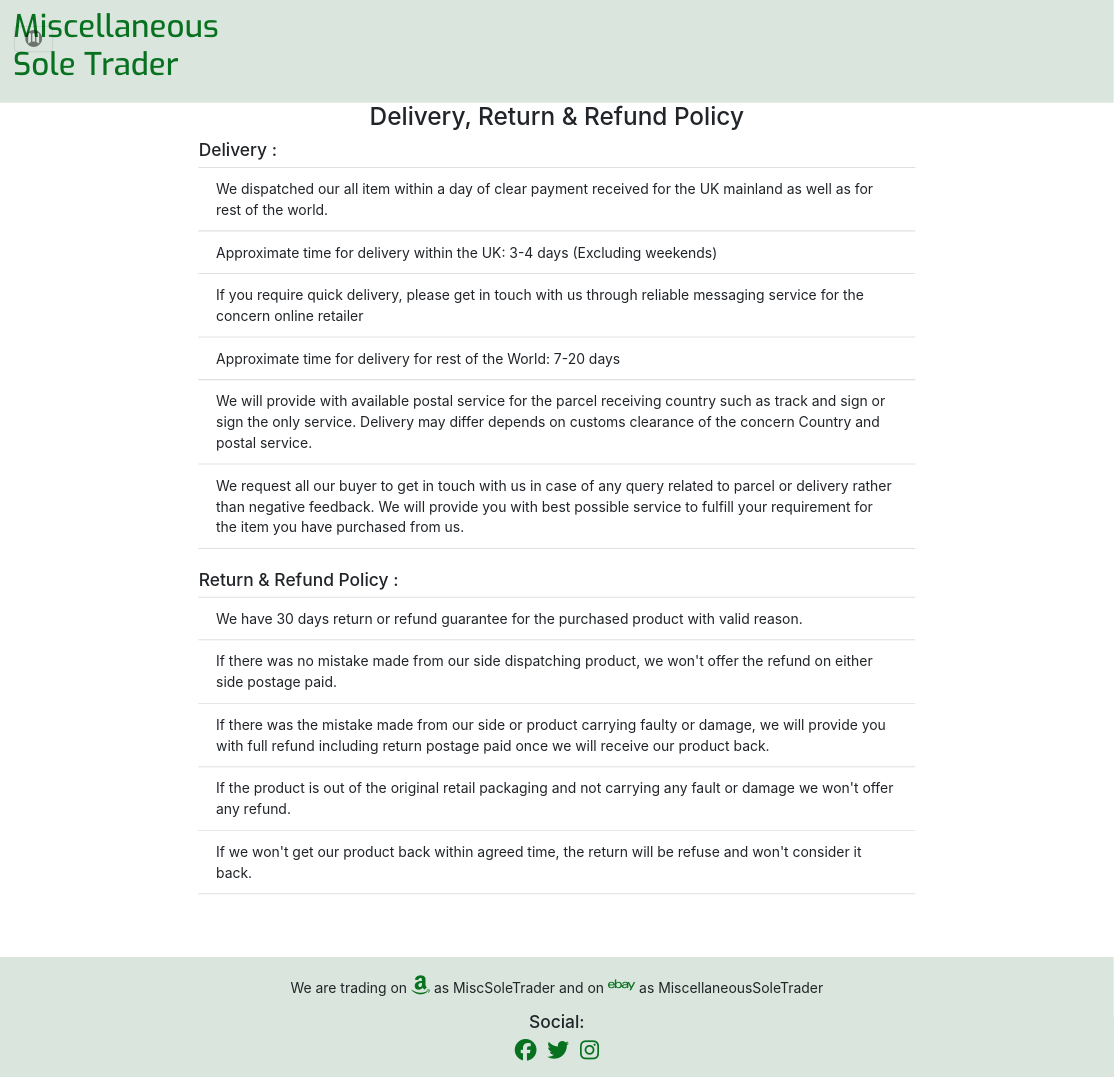
Repository: Code-Institute-Submissions/MilestoneProjectMST
Page: delretref.html
The author's editor kept a record of every edit. The page is drawn from the files as they stood at one moment, then again after the next edit.
The browser window is 1280 px wide. The pictures show the whole page, at 87% of full size.
Some web libraries are served in a nearby version.

Above is the page before.
Console error: TypeError: Cannot read properties of undefined (reading 'fn')

### delretref.html
<!DOCTYPE html>
<html lang="en">

<head>
    <meta charset="UTF-8">
    <meta name="viewport" content="width=device-width, initial-scale=1.0">
    <meta http-equiv="X-UA-Compatible" content="ie=edge">
    <link rel="stylesheet" href="support/style.css" type="text/css" />
    <link rel="stylesheet" href="https://stackpath.bootstrapcdn.com/bootstrap/4.3.1/css/bootstrap.min.css" integrity="sha384-ggOyR0iXCbMQv3Xipma34MD+dH/1fQ784/j6cY/iJTQUOhcWr7x9JvoRxT2MZw1T" crossorigin="anonymous">
    <script src="https://stackpath.bootstrapcdn.com/bootstrap/4.3.1/js/bootstrap.min.js" integrity="sha384-JjSmVgyd0p3pXB1rRibZUAYoIIy6OrQ6VrjIEaFf/nJGzIxFDsf4x0xIM+B07jRM" crossorigin="anonymous"></script>
    <script src="https://kit.fontawesome.com/011e87d520.js"></script>
    <link rel="stylesheet" href="https://cdnjs.cloudflare.com/ajax/libs/hover.css/2.3.1/css/hover-min.css" type="text/css" />
    <title>MiscSoleTrader</title>
</head>

<body>
    <header class="header-background navalert-container">
        <div class="row no-gutters">
            <a href="index.html" class="col">
                <h1 class="hdr-title-color">Miscellaneous<br> Sole Trader</h1>
            </a>
            <div>
                <nav class="navbar navbar-light nav-background fixed-top">
                    <button class="navbar-toggler" type="button" data-toggle="collapse" data-target="#navbarSupportedContent" aria-controls="navbarSupportedContent" aria-expanded="false" aria-label="Toggle navigation">
                        <i class="fab fa-mizuni"></i>
                    </button>
                    <div class="collapse navbar-collapse" id="navbarSupportedContent">
                        <ul class="nav navbar-nav">
                            <li class="nav-item active mr-2">
                                <a class="nav-link" href="index.html">Products<span class="sr-only">(current)</span></a>
                            </li>
                            <li class="nav-item mr-2">
                                <a class="nav-link" href="about.html">About Us</a>
                            </li>
                            <li class="nav-item mr-2">
                                <a class="nav-link" href="contact.html">Contact Us</a>
                            </li>
                            <li class="nav-item mr-2">
                                <a class="nav-link" href="delretref.html" title="Return & Refund">R & R</a>
                            </li>
                        </ul>
                        <!--<form class="form-inline d-none d-lg-block my-2 my-lg-0">-->
                        <!--    <input class="form-control mr-sm-2" type="search" placeholder="Search" aria-label="Search">-->
                        <!--    <button class="btn btn-outline-success my-2 my-sm-0" type="submit">Search</button>-->
                        <!--</form>-->
                    </div>
                </nav>
            </div>
        </div>
    </header>

    <section class="main-background container-fluid" id="container">
        <div class="row" id="main">
            <div class="col delretref-heading text-center">
                <h3 class="uppercase">Delivery, Return & Refund Policy</h3>
            </div>
        </div>
        <div class="row no-gutter" id="main">
            <div class="col-xl-2">

            </div>
            <div class="col-xl-8 delretref-text">
                <h5 class="delretref-caption">Delivery : </h5>
                <ol class="list-group list-group-flush">
                    <li class="list-group-item">We dispatched our all item within a day of clear payment received for the UK mainland as well as for rest of the world.</li>
                    <li class="list-group-item">Approximate time for delivery within the UK: 3-4 days (Excluding weekends)</li>
                    <li class="list-group-item">If you require quick delivery, please get in touch with us through reliable messaging service for the concern online retailer</li>
                    <li class="list-group-item">Approximate time for delivery for rest of the World: 7-20 days</li>
                    <li class="list-group-item">We will provide with available postal service for the parcel receiving country such as track and sign or sign the only service. Delivery may differ depends on customs clearance of the concern Country and postal service.</li>
                    <li class="list-group-item">We request all our buyer to get in touch with us in case of any query related to parcel or delivery rather than negative feedback. We will provide you with best possible service to fulfill your requirement for the item you have purchased
                        from us.</li>
                <!--</ol>-->
                <br>
                <h5 class="delretref-caption">Return & Refund Policy : </h5>
                <!--<ol>-->
                <li class="list-group-item">We have 30 days return or refund guarantee for the purchased product with valid reason.</li>
                <li class="list-group-item">If there was no mistake made from our side dispatching product, we won't offer the refund on either side postage paid.</li>
                <li class="list-group-item">If there was the mistake made from our side or product carrying faulty or damage, we will provide you with full refund including return postage paid once we will receive our product back.</li>
                <li class="list-group-item">If the product is out of the original retail packaging and not carrying any fault or damage we won't offer any refund.</li>
                <li class="list-group-item">If we won't get our product back within agreed time, the return will be refuse and won't consider it back.</li>
                <li class="list-group-item"></li>
                </ol>
            </div>

            <div class="col-xl-2">

            </div>

        </div>

    </section>
    <footer class="mt-5 fixed-footer container-fluid footer-container">
        <div id="footer-details" class="row footer-text">
            <div class="col-sm col-md col-lg">
                <p class="inline-block">
                    We are trading on <i class="fab fa-amazon"></i> as MiscSoleTrader and on <i class="fab fa-ebay"></i> as MiscellaneousSoleTrader
                </p>
                <!--</div>-->

                <!--<div class="col-sm-6 col-md-6">-->
                <h5 class="uppercase general-sub">Social: </h5>
                <ul class="list-inline social-links">
                    <li class="list-inline-item">
                        <a target="_blank" href="#" title="Miscellaneous Sole Trader">
                            <i class="fab fa-facebook" aria-hidden="true"></i>
                            <span class="sr-only">Facebook</span>
                        </a>
                    </li>
                    <li class="list-inline-item">
                        <a target="_blank" href="#">
                            <i class="fab fa-twitter" aria-hidden="true"></i>
                            <span class="sr-only">Twitter</span>
                        </a>
                    </li>
                    <li class="list-inline-item">
                        <a target="_blank" href="#" title="misc_sole_trade">
                            <i class="fab fa-instagram" aria-hidden="true"></i>
                            <span class="sr-only">Instagram</span>
                        </a>
                    </li>
                </ul>
            </div>
        </div>
    </footer>
    <script src="https://code.jquery.com/jquery-3.3.1.slim.min.js " integrity="sha384-q8i/X+965DzO0rT7abK41JStQIAqVgRVzpbzo5smXKp4YfRvH+8abtTE1Pi6jizo " crossorigin="anonymous "></script>
    <script src="https://cdnjs.cloudflare.com/ajax/libs/popper.js/1.14.7/umd/popper.min.js " integrity="sha384-UO2eT0CpHqdSJQ6hJty5KVphtPhzWj9WO1clHTMGa3JDZwrnQq4sF86dIHNDz0W1 " crossorigin="anonymous "></script>
    <script src="https://stackpath.bootstrapcdn.com/bootstrap/4.3.1/js/bootstrap.min.js " integrity="sha384-JjSmVgyd0p3pXB1rRibZUAYoIIy6OrQ6VrjIEaFf/nJGzIxFDsf4x0xIM+B07jRM " crossorigin="anonymous "></script>
</body>

</html>

### support/style.css
@import url('https://fonts.googleapis.com/css?family=Roboto:100,200,300,400,500,600,700|Exo:100,200,300,400,500,600,700|Abel:100,200,300,400,500,600,700');

/*--------------------------------------------------------------------------Header--*/

/*--------------------------------------------------Title--*/

header {
    margin: 0;
}

.hdr-title-color {
    font-family: "Exo",sans-serif;
    font-size: 36px;
    color: #07711f;
    /*background-color: #dae6dd;*/
    text-align: left;
    width: 100%;
    min-height: 90px;
    padding-left: 5px;
    text-decoration: none;
    /*padding-top: 5px;*/
}

.nav-background {
    min-height: 90px;
}

.header-background {
    background-color: #dae6dd;
    padding: 10px;
}

.navbar {
    align-items: right;
}

/*--------------------------------------------------------------------------Footer--*/

.footer-text {
    text-align: center;
    background-color: #dae6dd;
    margin-top: 15px;
    padding-top: 20px;
}

.footer-text i {
    color: #07711f;
    font-size: 25px;
    /*margin-top: 15px;*/
    /*padding-top: 20px;*/
}

/*--------------------------------------------------------------------Media Query--*/

@media (min-width: 920px)
.navbar-expand-md .navbar-nav {
    display: flex;
    flex-direction: column ;
}

After the next edit:
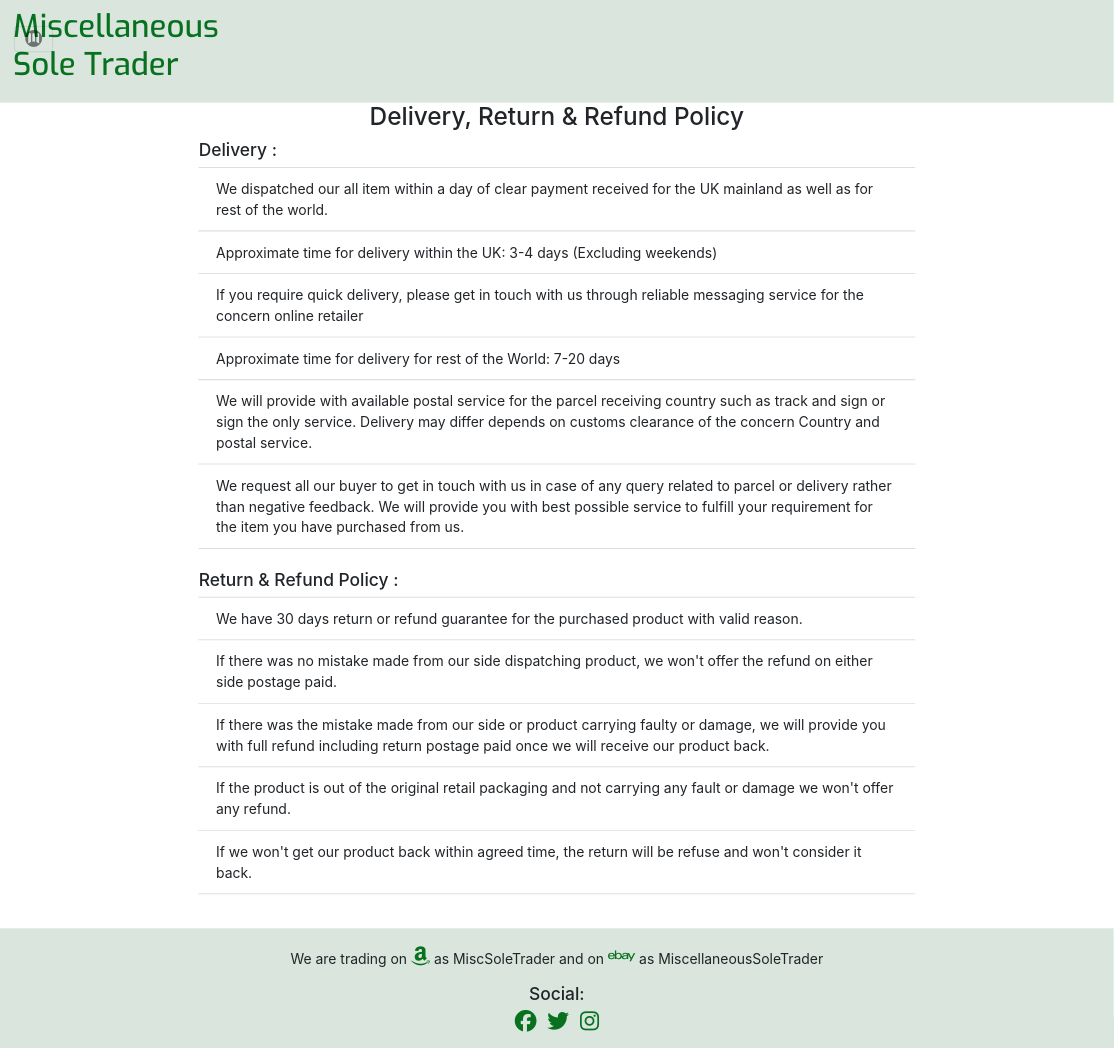
The edit:
--- a/delretref.html
+++ b/delretref.html
@@ -89,7 +89,7 @@
         </div>
 
     </section>
-    <footer class="mt-5 fixed-footer container-fluid footer-container">
+    <footer class="mt-1 fixed-footer container-fluid footer-container">
         <div id="footer-details" class="row footer-text">
             <div class="col-sm col-md col-lg">
                 <p class="inline-block">
